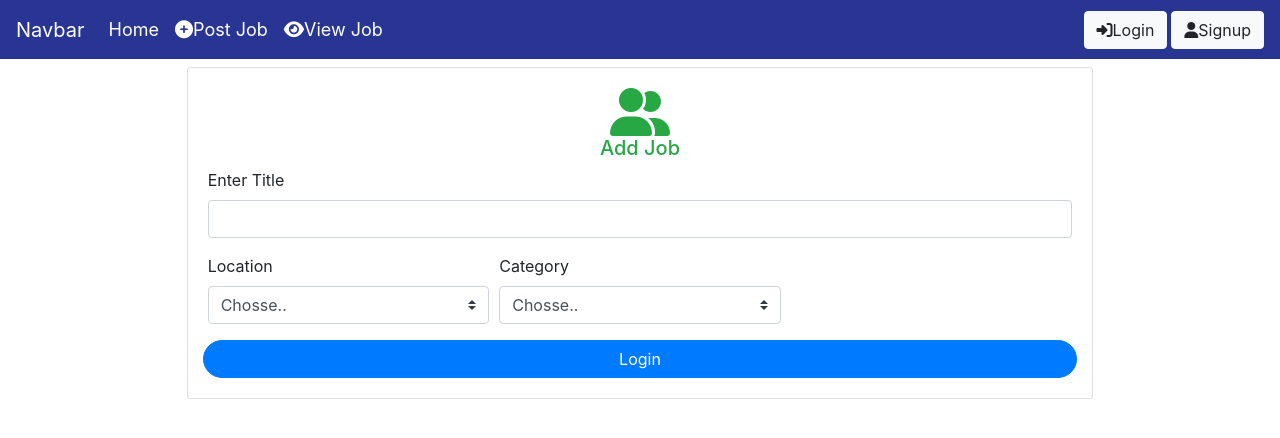
Repository: Pankaj08072001/Adv_Java
Page: http://localhost/06_Job_portal_Project/add_job.jsp
An editor plug-in stored every save of this project. The page is shown before and after the next save, followed by the edit.
The browser window is 1280 px wide. The pictures show the whole page.
Some web libraries are served in a nearby version. The page is served by Tomcat 9. Other server files are loaded and not shown.

Above is the page before, as saved 2025-03-13 20:56:52.

### 06_Job_portal_Project/src/main/webapp/add_job.jsp
<%@ page language="java" contentType="text/html; charset=UTF-8"
	pageEncoding="UTF-8"%>
<!DOCTYPE html>
<html>
<head>
<meta charset="UTF-8">
<title>Add_Job</title>
<%@include file="All_component/All_css.jsp"%>
</head>
<body>
	<%@include file="All_component/Navbar.jsp"%>
	<div class="container p-2">
		<div class="col-md-10 offset-md-1">
			<div class="card">
				<div class="card-body">
					<div class="text-center text-success">
						<i class="fa fa-user-friends fa-3x"></i>
						<h5>Add Job</h5>
					</div>
					<%--  <c:if test= "${not empty succMsg}">
						<div class="alert alert-success" role="alert">${succMsg} </div>
						<c:remove var="succMsg"/>
						</c:if>
						--%>

					<form action="addjob" method="post">
						<div class="form-group">
							<label>Enter Title</label><input type="text" required="required"
								class="form-control" name="title">
						</div>
						<div class="form-row">
							<div class="form-group col-md-4">
								<label>Location </label> <select name="Location"
									class="custom-select" id="inlineFormCustomSelectPref">
									<option selected>Chosse..</option>
									<option value="Odisha">Odisha</option>
									<option value="Utter Pardesh">Utter Pardesh</option>
									<option value="Haryana">Haryana</option>
									<option value="Gujurat">Gujurat</option>
									<option value="Delhi">Delhi</option>
									<option value="Chennai">Chennai</option>
									<option value="Hydrabaad">Hydrabaad</option>
									<option value="Jharkhand">Jharkhand</option>
									<option value="Pune">Pune</option>
								</select>
							</div>
							<div class="form-group col-md-4">
								<label>Category </label> <select name="Category"
									class="custom-select" id="inlineFormCustomSelectPref">
									<option selected>Chosse..</option>
									<option value="Odisha">Odisha</option>
									<option value="Utter Pardesh">Utter Pardesh</option>
									<option value="Haryana">Haryana</option>
									<option value="Gujurat">Gujurat</option>
									<option value="Delhi">Delhi</option>
									<option value="Chennai">Chennai</option>
									<option value="Hydrabaad">Hydrabaad</option>
									<option value="Jharkhand">Jharkhand</option>
									<option value="Pune">Pune</option>
								</select>
							</div>

							<button class="btn btn-primary badge-pill btn-block"
								type="submit">Login</button>
					</form>

				</div>
			</div>
		</div>
	</div>
	</div>
</body>
</html>

### 06_Job_portal_Project/src/main/webapp/All_component/All_css.jsp
<link rel="stylesheet"
	href="https://cdn.jsdelivr.net/npm/bootstrap@4.0.0/dist/css/bootstrap.min.css"
	integrity="sha384-Gn5384xqQ1aoWXA+058RXPxPg6fy4IWvTNh0E263XmFcJlSAwiGgFAW/dAiS6JXm"
	crossorigin="anonymous">


<script src="https://code.jquery.com/jquery-3.2.1.slim.min.js"
	integrity="sha384-KJ3o2DKtIkvYIK3UENzmM7KCkRr/rE9/Qpg6aAZGJwFDMVNA/GpGFF93hXpG5KkN"
	crossorigin="anonymous"></script>
<script
	src="https://cdn.jsdelivr.net/npm/popper.js@1.12.9/dist/umd/popper.min.js"
	integrity="sha384-ApNbgh9B+Y1QKtv3Rn7W3mgPxhU9K/ScQsAP7hUibX39j7fakFPskvXusvfa0b4Q"
	crossorigin="anonymous"></script>
<script
	src="https://cdn.jsdelivr.net/npm/bootstrap@4.0.0/dist/js/bootstrap.min.js"
	integrity="sha384-JZR6Spejh4U02d8jOt6vLEHfe/JQGiRRSQQxSfFWpi1MquVdAyjUar5+76PVCmYl"
	crossorigin="anonymous"></script>

<link rel="stylesheet"
	href="https://cdnjs.cloudflare.com/ajax/libs/font-awesome/6.7.2/css/all.min.css"
	integrity="sha512-Evv84Mr4kqVGRNSgIGL/F/aIDqQb7xQ2vcrdIwxfjThSH8CSR7PBEakCr51Ck+w+/U6swU2Im1vVX0SVk9ABhg=="
	crossorigin="anonymous" referrerpolicy="no-referrer" />

	<link rel="Stylesheet" href ="All_component/Style.css" >

### 06_Job_portal_Project/src/main/webapp/All_component/Navbar.jsp
<nav class="navbar navbar-expand-lg navbar-dark bg-custom">
	<a class="navbar-brand" href="#">Navbar</a>
	<button class="navbar-toggler" type="button" data-toggle="collapse"
		data-target="#navbarSupportedContent"
		aria-controls="navbarSupportedContent" aria-expanded="false"
		aria-label="Toggle navigation">
		<span class="navbar-toggler-icon"></span>
	</button>

	<div class="collapse navbar-collapse" id="navbarSupportedContent">
		<ul class="navbar-nav mr-auto">
			<li class="nav-item active"><a class="nav-link" href="#">Home
					<span class="sr-only">(current)</span>
			</a></li>
			<li class="nav-item"><a class="nav-link" href="#"><i class="fas fa-plus-circle"></i>Post Job</a></li>
			<li class="nav-item"><a class="nav-link" href="#"><i class="fas fa-eye"></i>View Job</a></li>

		</ul>
		<form class="form-inline my-2 my-lg-0">
			<a href="login.jsp" class="btn btn-light mr-1"> <i class="fas fa-sign-in-alt"></i>Login</a>
			<a href ="Signup.jsp" class="btn btn-light"><i class="fas fa-user"></i>Signup</a>
		</form>
	</div>
</nav>

### 06_Job_portal_Project/src/main/webapp/All_component/Style.css
body{
	padding : 0;
	margin:0;
}

.bg-custom{
	background : #283593 !important;

}
.navbar .nav-item .nav-link{
	font-size: 18px;
	color : white;
}
.navbar .nav-item:hover .nav-link{
	background : white ;
	color : black;
	border-radius: 10px;
}

After the next save:
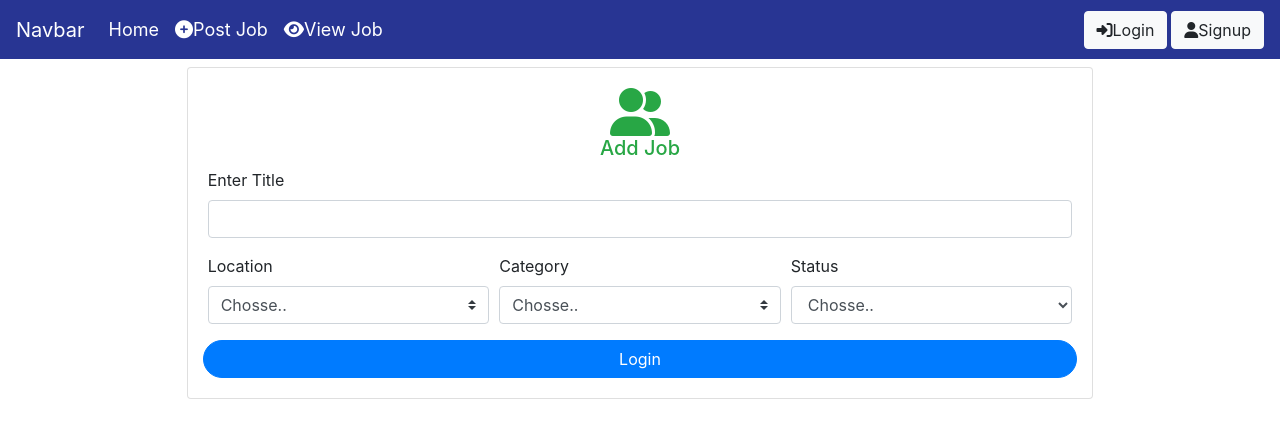
Saved 3 min 35 s later.
--- a/06_Job_portal_Project/src/main/webapp/add_job.jsp
+++ b/06_Job_portal_Project/src/main/webapp/add_job.jsp
@@ -48,15 +48,20 @@
 								<label>Category </label> <select name="Category"
 									class="custom-select" id="inlineFormCustomSelectPref">
 									<option selected>Chosse..</option>
-									<option value="Odisha">Odisha</option>
-									<option value="Utter Pardesh">Utter Pardesh</option>
-									<option value="Haryana">Haryana</option>
-									<option value="Gujurat">Gujurat</option>
-									<option value="Delhi">Delhi</option>
-									<option value="Chennai">Chennai</option>
-									<option value="Hydrabaad">Hydrabaad</option>
-									<option value="Jharkhand">Jharkhand</option>
-									<option value="Pune">Pune</option>
+									<option value="IT">IT</option>
+									<option value="Developer">Developer</option>
+									<option value="Banking">Banking</option>
+									<option value="Teacher">Teacher</option>
+								</select>
+							</div>
+							<div class="form-group col-md-4">
+								<label>Status</label> <select name="Status"
+									class="form-control" id="inlineFormCustomSelectPref">
+									<option selected>Chosse..</option>
+									<option value="IT">IT</option>
+									<option value="Developer">Developer</option>
+									<option value="Banking">Banking</option>
+									<option value="Teacher">Teacher</option>
 								</select>
 							</div>
 
